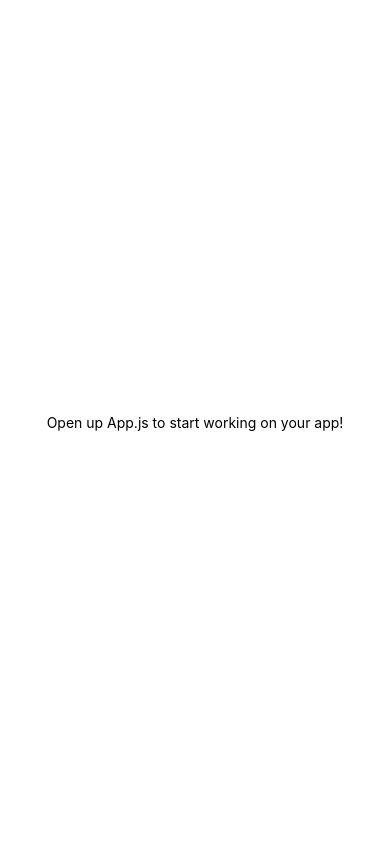
Repository: akinmiday/deliveroo-clone
Screen: /
These files come from the project's save history. The screen is drawn as it stood at one moment and after a run of saves; the edit follows.
The app was drawn by React Native's web renderer in a window 390 px wide. The project was rebuilt for these pictures with package versions that can differ from the ones it lists, and the page was loaded fresh each time.

Above is the screen before, as saved 2023-07-30 19:21:22.

### App.js
import { StatusBar } from "expo-status-bar";
import { StyleSheet, Text, View } from "react-native";

export default function App() {
  return (
    <View style={styles.container}>
      <Text className="text-red-500">
        Open up App.js to start working on your app!
      </Text>
      <StatusBar style="auto" />
    </View>
  );
}

const styles = StyleSheet.create({
  container: {
    flex: 1,
    backgroundColor: "#fff",
    alignItems: "center",
    justifyContent: "center",
  },
});

After the next 2 saves:
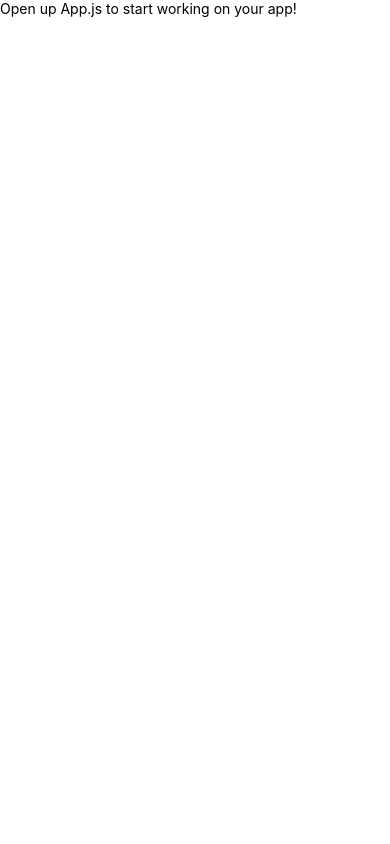
The 2 saves are shown as one change because 1 did not build or start.
The last was saved 109 s later.
--- a/App.js
+++ b/App.js
@@ -3,7 +3,7 @@
 
 export default function App() {
   return (
-    <View style={styles.container}>
+    <View>
       <Text className="text-red-500">
         Open up App.js to start working on your app!
       </Text>
@@ -11,12 +11,3 @@
     </View>
   );
 }
-
-const styles = StyleSheet.create({
-  container: {
-    flex: 1,
-    backgroundColor: "#fff",
-    alignItems: "center",
-    justifyContent: "center",
-  },
-});
